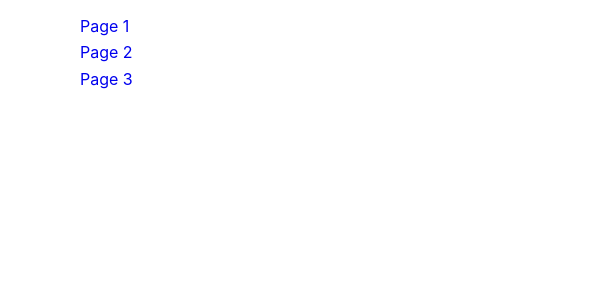
Repository: FxIvan/menu-mobile
Page: /
These files come from the project's save history. The page is drawn as it stood at one moment and after the next save; the edit follows.
The browser window is 600 px wide. The pictures show the whole page.
The project was rebuilt for these pictures with package versions that can differ from the ones it lists, and the page was loaded fresh each time.

Above is the page before, as saved 2022-11-12 08:22:48.

After the next save:
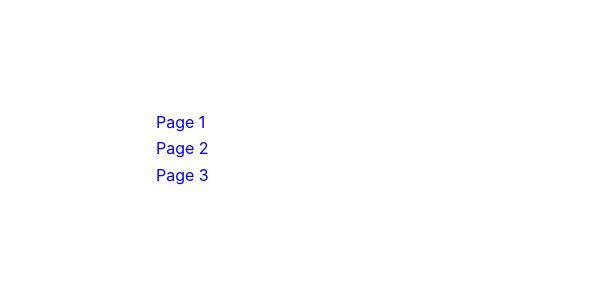
Saved 31 s later.
--- a/src/component/css/menu.css
+++ b/src/component/css/menu.css
@@ -6,5 +6,14 @@
         margin-top: 0.4rem;
     }
 
+    .primernav {
+        position: absolute;
+        top: 10%;
+        /* posicion del dropdown*/
+        left: 10%;
+        width: 150px;
+        border-radius: 5px;
+        padding: 1rem;
+      }
 
 }
